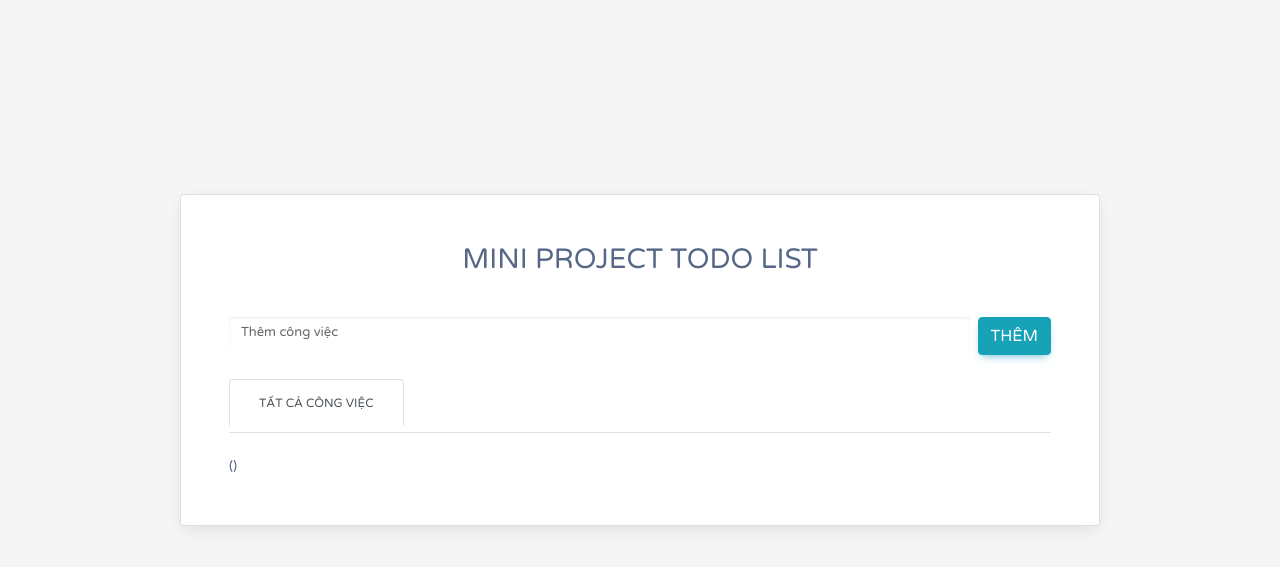
Repository: TinhTT336/MD02_Session06
Page: /
An editor plug-in stored every save of this project. The page is shown before and after the next save, followed by the edit.
The browser window is 1280 px wide. The pictures show the whole page.
Some web libraries are served in a nearby version. The project was rebuilt for these pictures with package versions that can differ from the ones it lists, and the page was loaded fresh each time. Also part of the build but not shown: vite.config.js, src/App.css, src/mini_project/TodoList.jsx, src/mini_project/Todo.jsx, src/base/Input.jsx, src/base/Radio.jsx, src/base/Checkbox.jsx, src/Homework/AddModal.jsx and 8 more.

Above is the page before, as saved 2023-09-03 23:49:06.

After the next save:
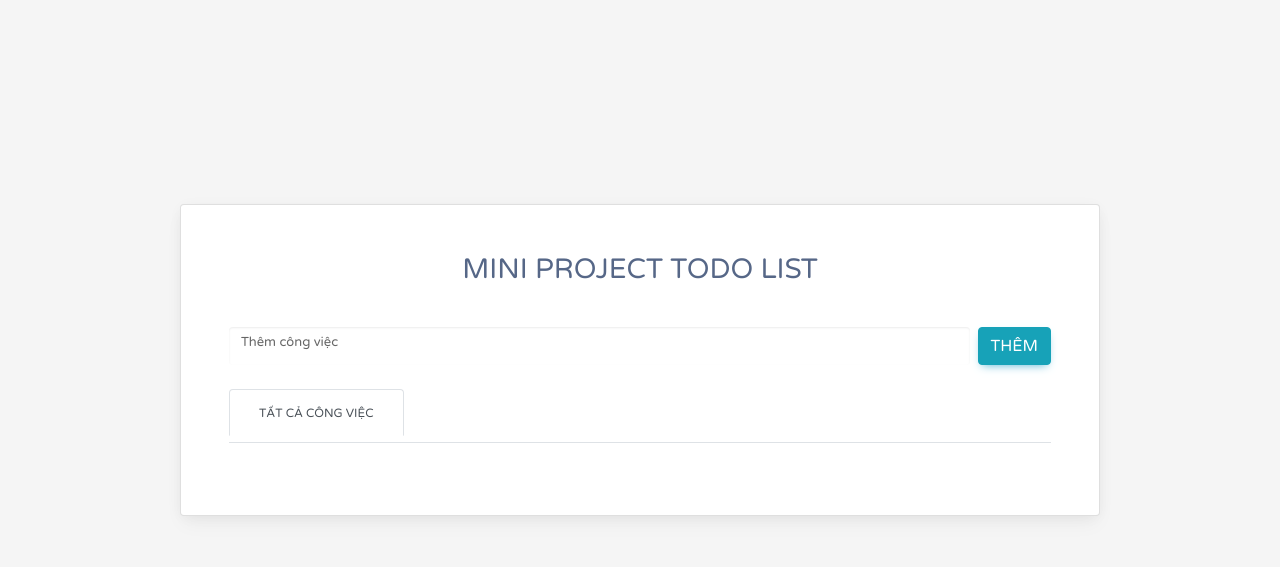
Saved 94 s later.
--- a/src/mini_project/Todos.jsx
+++ b/src/mini_project/Todos.jsx
@@ -63,7 +63,7 @@ export default function Todos() {
                                         <div className="tab-pane fade show active">
                                             <ul className="list-group mb-0">
                                                 {/* {todos.length === 0 ? (<li>Chua co cong viec nao</li>) : */}
-                                                ({
+                                                {
                                                     todos.map(t => (
                                                         <li
                                                             className="list-group-item d-flex
@@ -99,7 +99,7 @@ export default function Todos() {
                                                             </div>
                                                         </li>
                                                     ))
-                                                })
+                                                }
                                                 {/* } */}
                                             </ul>
                                         </div>
